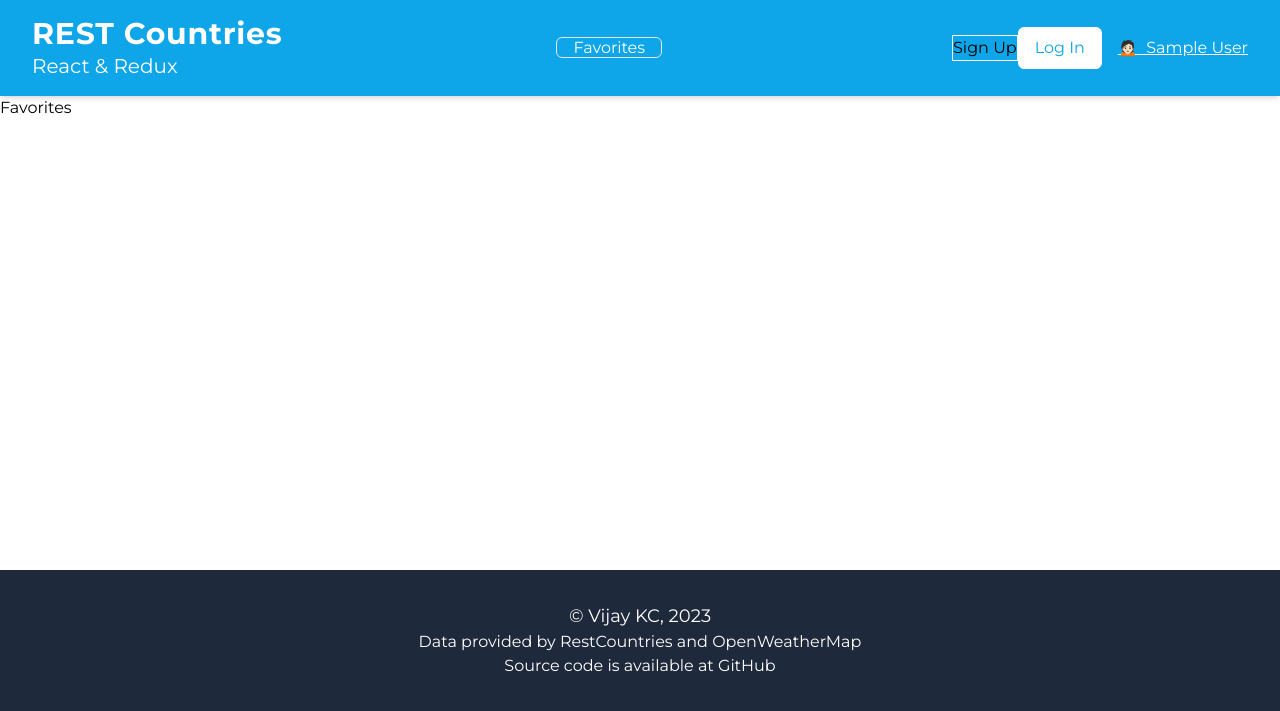
Repository: kcvijay/rest_countries_react_redux
Page: /favorites
The author's editor kept a copy of each file at every save. The page is drawn from the files as they stood at one save, then again after the next save.
The browser window is 1280 px wide. The pictures show the whole page.
The project was rebuilt for these pictures with package versions that can differ from the ones it lists, and the page was loaded fresh each time. Also part of the build but not shown: src/components/Weather.jsx, src/components/SingleCountry.jsx, src/components/CountryCard.jsx, src/components/Home.jsx, src/components/NotFound.jsx.

Above is the page before, as saved 2023-03-20 20:40:28.

### public/index.html
<!DOCTYPE html>
<html lang="en">
  <head>
    <meta charset="utf-8" />
    <link rel="icon" href="%PUBLIC_URL%/favicon.ico" />
    <meta name="viewport" content="width=device-width, initial-scale=1" />
    <meta name="theme-color" content="#000000" />
    <meta
      name="description"
      content="REST Countries App created with React and Redux"
    />
    <link rel="manifest" href="%PUBLIC_URL%/manifest.json" />
    <link
      href="https://fonts.googleapis.com/icon?family=Material+Icons"
      rel="stylesheet"
    />
    <title>REST Countries App</title>

    <style>
      @import url("https://fonts.googleapis.com/css2?family=Montserrat:wght@400;700&display=swap");
    </style>
  </head>
  <body>
    <noscript>You need to enable JavaScript to run this app.</noscript>
    <div id="root"></div>
  </body>
</html>

### src/index.js
import React from "react";
import ReactDOM from "react-dom/client";
import App from "./App";
import "./index.css";

// Redux
import { store } from "./app/store";
import { Provider } from "react-redux";

const root = ReactDOM.createRoot(document.getElementById("root"));
root.render(
  <Provider store={store}>
    <App />
  </Provider>
);

### src/App.js
import React from "react";
import { BrowserRouter, Routes, Route } from "react-router-dom";

import Layout from "./pages/Layout";
import SingleCountry from "./components/SingleCountry";
import Home from "./components/Home";
import NotFound from "./components/NotFound";
import Favorites from "./components/Favorites";

const App = () => {
  return (
    <BrowserRouter>
      <Routes>
        <Route path="/" element={<Layout />}>
          <Route index element={<Home />} />
          <Route path="/favorites" element={<Favorites />} />
          <Route path="/:singlecountry" element={<SingleCountry />} />
          <Route path="*" element={<NotFound />} />
        </Route>
      </Routes>
    </BrowserRouter>
  );
};

export default App;

### src/app/store.js
import { configureStore } from "@reduxjs/toolkit";
import countriesReducer from "../features/countries/countriesSlice";
import countryReducer from "../features/countries/countriesSlice";
import weatherReducer from "../features/countries/countriesSlice";

export const store = configureStore({
  reducer: {
    countries: countriesReducer,
    country: countryReducer,
    weather: weatherReducer,
  },
});

### src/pages/Layout.jsx
import React from "react";

import Header from "../components/Header";
import Main from "../components/Main";
import Footer from "../components/Footer";

const Layout = () => {
  return (
    <div className="flex flex-col min-h-[100vh] relative">
      <Header />
      <Main />
      <Footer />
    </div>
  );
};

export default Layout;

### src/features/countries/countriesSlice.js
import { createSlice } from "@reduxjs/toolkit";
import { getWeather } from "./weatherAction";
import { showAllCountries } from "./countriesAction";
import { showSingleCountry } from "./countryAction";

const initialState = {
  loading: false,
  success: false,
  countriesData: [],
  countryData: [],
  weatherData: [],
};

export const countriesSlice = createSlice({
  name: "countries",
  initialState: initialState,
  reducers: {},

  extraReducers: (builder) => {
    builder
      .addCase(showAllCountries.pending, (state) => {
        state.loading = true;
      })
      .addCase(showAllCountries.fulfilled, (state, action) => {
        state.loading = false;
        state.countriesData = action.payload;
        state.success = true;
      })
      .addCase(showSingleCountry.pending, (state) => {
        state.loading = true;
      })
      .addCase(showSingleCountry.fulfilled, (state, action) => {
        state.loading = false;
        state.countryData = action.payload;
        state.success = true;
      })
      .addCase(getWeather.pending, (state) => {
        state.loading = true;
      })
      .addCase(getWeather.fulfilled, (state, action) => {
        state.loading = false;
        state.weatherData = action.payload;
        state.success = true;
      });
  },
});

export default countriesSlice.reducer;

### src/components/Header.jsx
import React from "react";
import { Link } from "react-router-dom";

const Header = () => {
  return (
    <header className="bg-sky-500 flex justify-between items-center py-4 px-8 flex-wrap gap-4 shadow-md sticky top-0 z-999">
      <div>
        <Link to="/">
          <h1 className="text-3xl text-white space-2 font-bold tracking-wide">
            REST Countries
          </h1>
          <p className="text-xl text-white">React & Redux</p>
        </Link>
      </div>

      <div>
        <Link
          to="/favorites"
          className="border border-whitepy-2 px-4 text-white rounded-md mr-4 hover:bg-white hover:text-sky-500 duration-300"
        >
          Favorites
        </Link>
      </div>
      <div className="flex justify-center items-center gap-4">
        <div>
          <button className="border border-white ">Sign Up</button>
          <button className="border bg-white border-white py-2 px-4 text-sky-500 rounded-md  hover:bg-sky-500 hover:text-white duration-300">
            Log In
          </button>
        </div>
        <p className="text-white underline">🙍🏻 &nbsp;Sample User</p>
      </div>
    </header>
  );
};

export default Header;

### src/components/Main.jsx
import React from "react";

import { Outlet } from "react-router-dom";

const Main = () => {
  return (
    <div className="flex-1">
      <Outlet />
    </div>
  );
};

export default Main;

### src/components/Footer.jsx
import React from "react";
import { Link } from "react-router-dom";

const Footer = () => {
  const date = new Date();
  const year = date.getFullYear();
  return (
    <div className="min-h-[150px] text-center bg-slate-800 text-white py-8">
      <p className="text-lg">&copy; Vijay KC, {year}</p>
      <p>
        Data provided by{" "}
        <Link
          className="hover:underline"
          to="https://restcountries.com"
          target="_blank noreferer"
        >
          RestCountries
        </Link>{" "}
        and{" "}
        <Link
          className="hover:underline"
          to="https://openweatermap.org"
          target="_blank noreferer"
        >
          OpenWeatherMap
        </Link>
      </p>
      <p>
        Source code is available at{" "}
        <Link
          className="hover:underline"
          to="https://github.com"
          target="_blank noreferer"
        >
          GitHub
        </Link>
      </p>
    </div>
  );
};

export default Footer;

### src/features/countries/countryAction.js
import axios from "axios";
import { createAsyncThunk } from "@reduxjs/toolkit";

// For single country

export const showSingleCountry = createAsyncThunk(
  "countries/showAll",
  async (code) => {
    const response = await axios.get(
      `https://restcountries.com/v3.1/alpha/${code}`
    );
    return response.data;
  }
);

### src/features/countries/weatherAction.js
import axios from "axios";
import { createAsyncThunk } from "@reduxjs/toolkit";

export const getWeather = createAsyncThunk(
  "getWeather/city",
  async (city, id) => {
    // const response =
    //   // await axios.get`https://api.openweathermap.org/data/2.5/weather?q=${city}&appid=${id}`;
    // return response.data;
  }
);

### src/features/countries/countriesAction.js
import axios from "axios";
import { createAsyncThunk } from "@reduxjs/toolkit";

// All countries

export const showAllCountries = createAsyncThunk(
  "countries/showOne",
  async () => {
    const response = await axios.get(`https://restcountries.com/v3.1/all`, {});
    return response.data;
  }
);

### tailwind.config.js
/** @type {import('tailwindcss').Config} */
module.exports = {
  content: ["./src/**/*.{js,jsx,ts,tsx}"],
  theme: {
    fontFamily: {
      sans: ["Montserrat, sans-serif"],
    },
    extend: {},
  },
  plugins: [],
};

Loaded but not shown: src/index.css (common file); src/components/Favorites.jsx (common file)

After the next save:
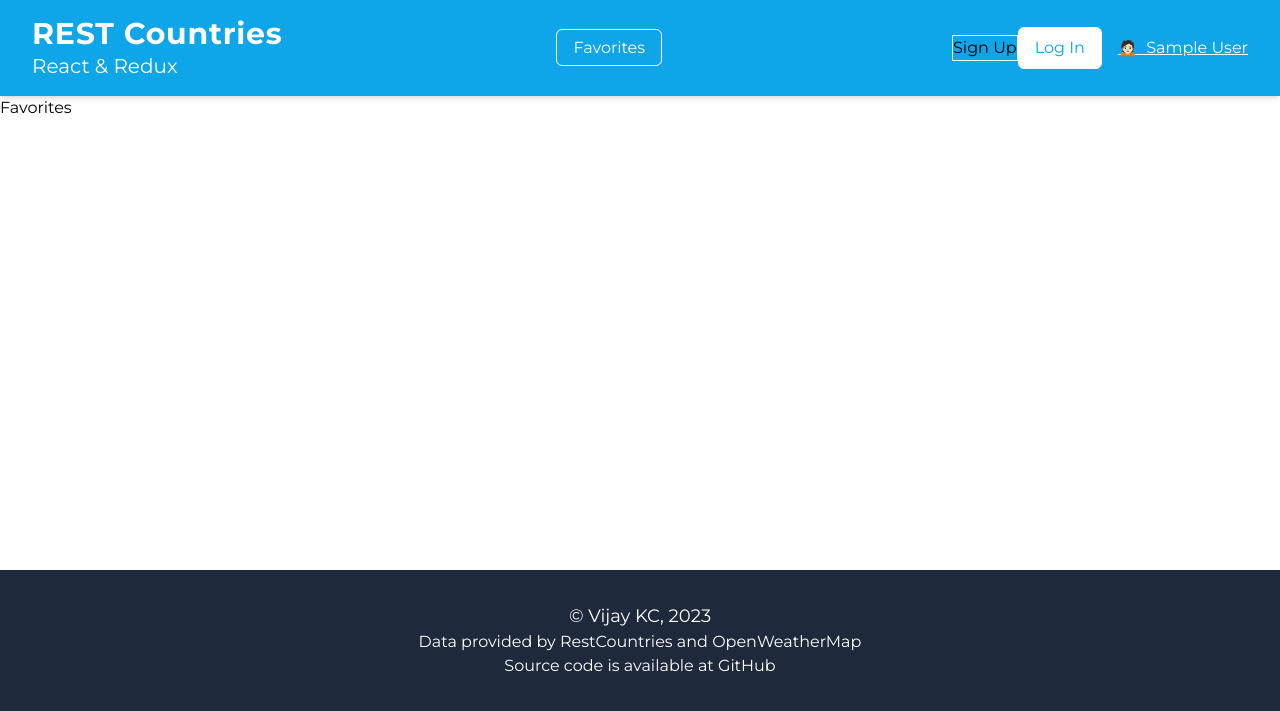
Saved 10 s later.
--- a/src/components/Header.jsx
+++ b/src/components/Header.jsx
@@ -16,7 +16,7 @@ const Header = () => {
       <div>
         <Link
           to="/favorites"
-          className="border border-whitepy-2 px-4 text-white rounded-md mr-4 hover:bg-white hover:text-sky-500 duration-300"
+          className="border border-white py-2 px-4 text-white rounded-md mr-4 hover:bg-white hover:text-sky-500 duration-300"
         >
           Favorites
         </Link>
